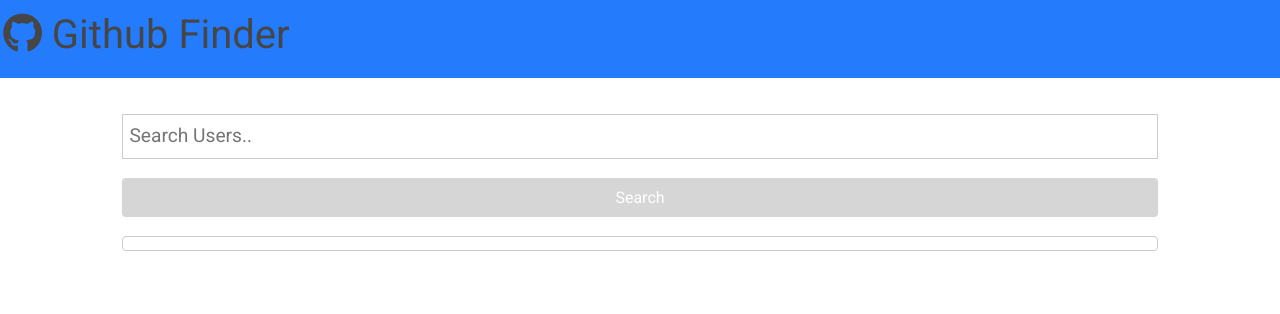
Repository: talha-mahmood/components-states-props
Page: / (app in my-app/)
The author's editor kept a copy of each file at every save. The page is drawn from the files as they stood at one save, then again after the next save.
The browser window is 1280 px wide. The pictures show the whole page.
Some web libraries are served in a nearby version. The project was rebuilt for these pictures with package versions that can differ from the ones it lists, and the page was loaded fresh each time. Also part of the build but not shown: my-app/src/components/users/UserItem.js, my-app/src/components/layout/Spinner.js.

Above is the page before, as saved 2023-01-31 23:45:46.

After the next save:
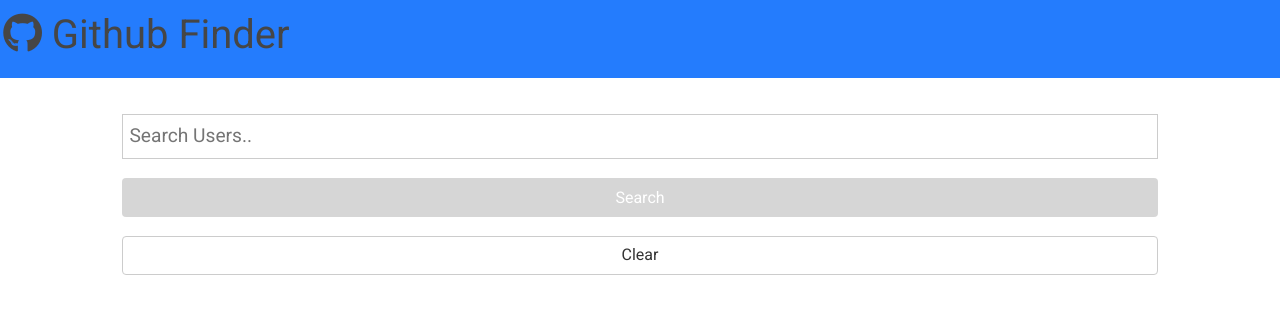
Saved 19 s later.
--- a/my-app/src/components/users/Search.js
+++ b/my-app/src/components/users/Search.js
@@ -23,7 +23,7 @@ export class Search extends Component {
             <input type="submit" className="btn btn-dark btn-block" value="Search"/>
 
         </form>
-<button className='btn btn-light btn-block'></button>
+<button className='btn btn-light btn-block'>Clear</button>
       </div>
     )
   }
